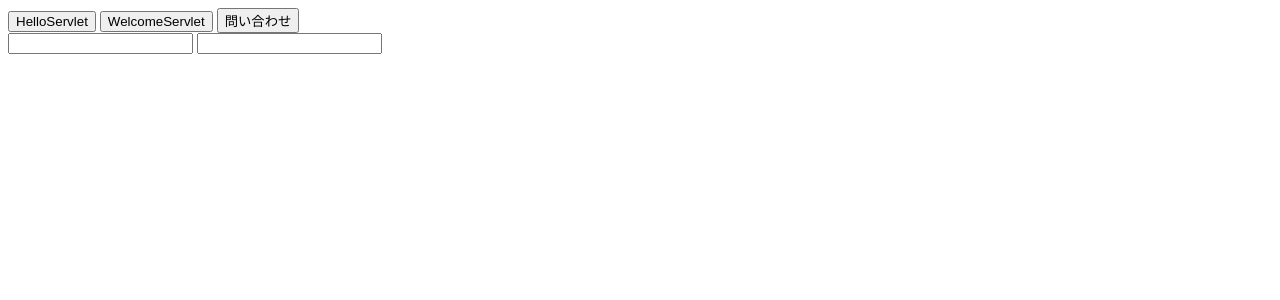
Repository: take00/test01
Page: http://localhost/HelloServlet/
The author's editor kept a copy of each file at every save. The page is drawn from the files as they stood at one save, then again after the next save.
The browser window is 1280 px wide. The pictures show the whole page.
The page is served by Tomcat 9.

Above is the page before, as saved 2019-01-07 12:19:02.

After the next save:
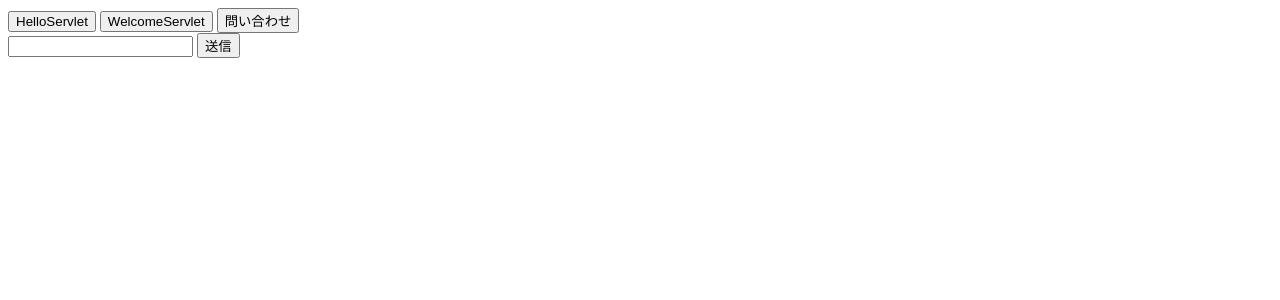
Saved 116 s later.
--- a/HelloServlet/WebContent/index.jsp
+++ b/HelloServlet/WebContent/index.jsp
@@ -13,7 +13,8 @@
 
 <form method="get" action="TestServlet">
 <input type="text" name="username">
-<input type="password"name=
+
+<input type="submit" value="送信">
 </form>
 </body>
 </html>
